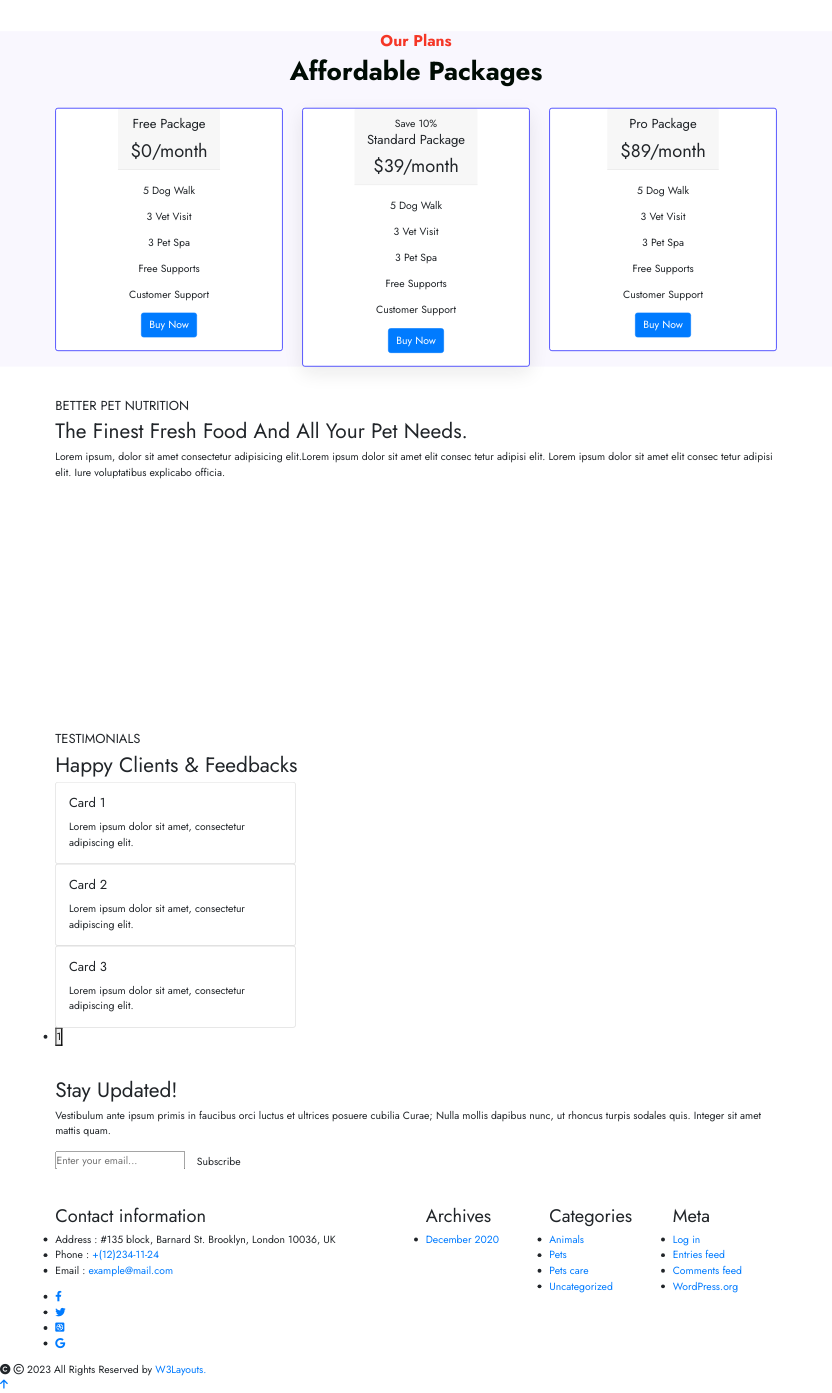
Repository: thanhfrankie/poochcare
Page: index.html
An editor plug-in stored every save of this project. The page is shown before and after the next save, followed by the edit.
The browser window is 1280 px wide. The pictures show the whole page, at 65% of full size.
Pictures or frames that could not be fetched are drawn as grey boxes.

Above is the page before, as saved 2023-12-20 21:39:14.

After the next save:
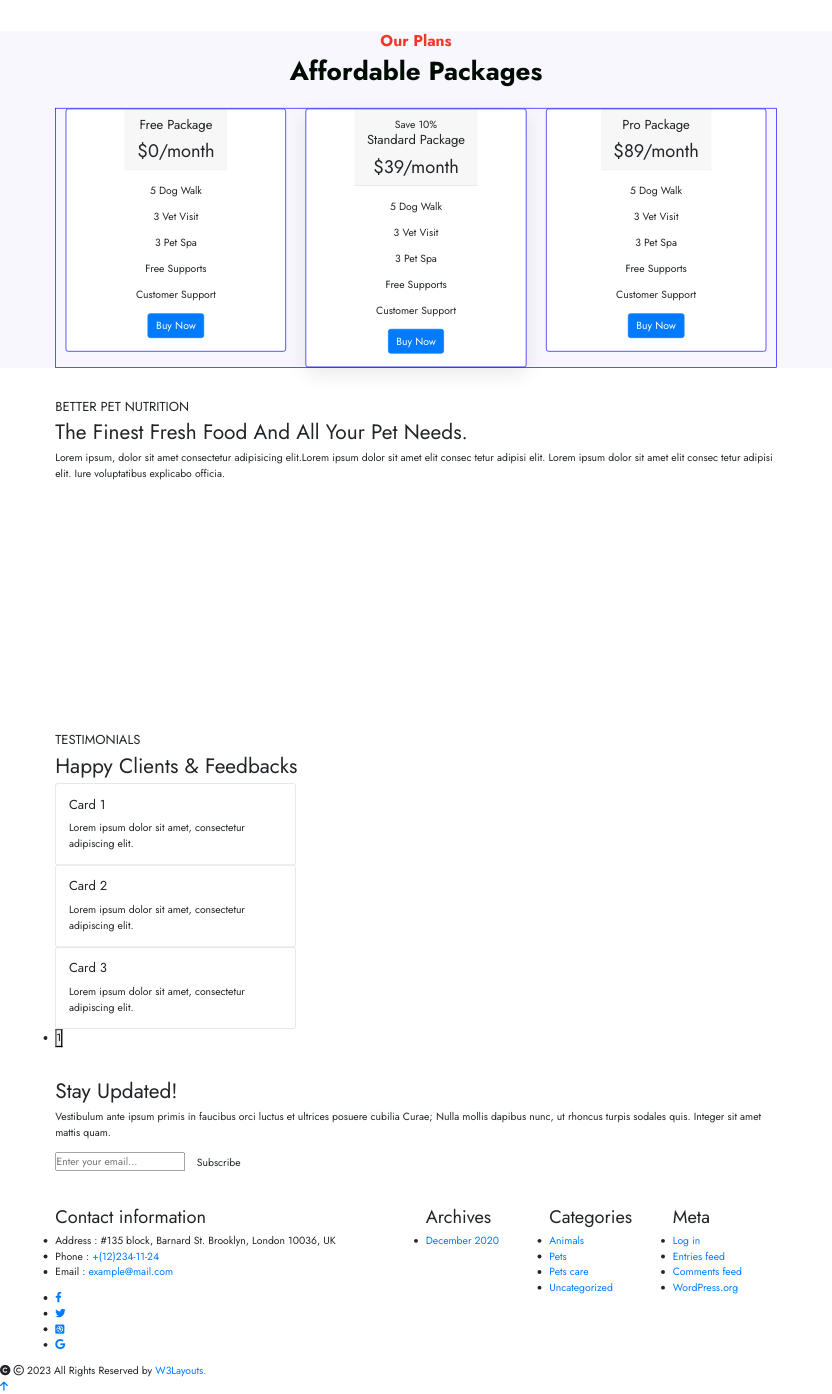
Saved 6 s later.
--- a/css/pricing.css
+++ b/css/pricing.css
@@ -24,7 +24,7 @@
     color:#000C04;
  }
  .pricing .container .row {
-    m
+    margin: 0;
     border: 1px solid blue;
 
  }
